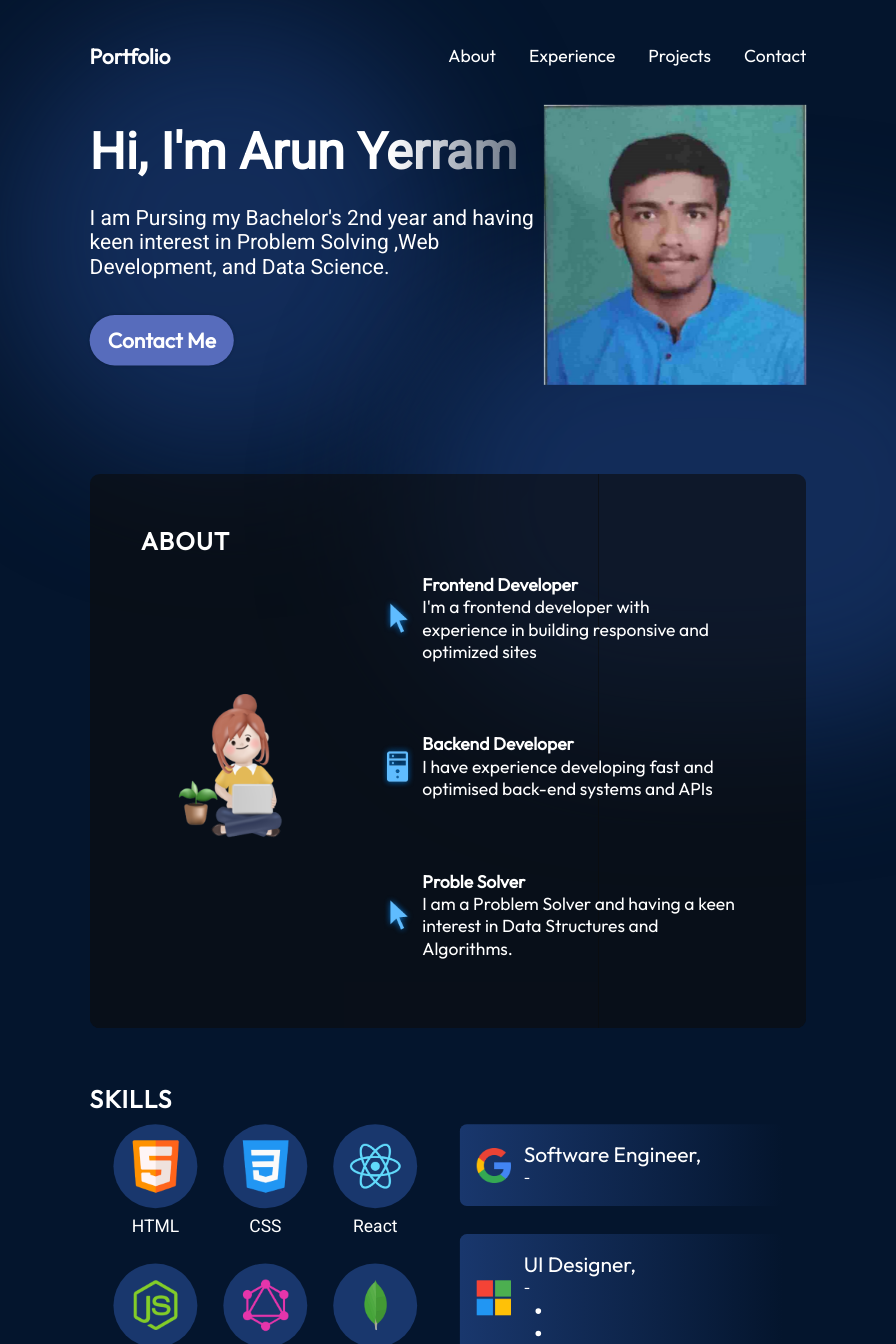
Repository: ARUN-YERRAM/Arun-Yerram-s-Portfolio-Website
Page: /
These files come from the project's save history. The page is drawn as it stood at one moment and after a run of saves; the edit follows.
The browser window is 1280 px wide. The pictures show the part of the page from y = 0 to 1920 px (the page is 3902 px tall before and 3838 px after), at 70% of full size.
The project was rebuilt for these pictures with package versions that can differ from the ones it lists, and the page was loaded fresh each time. Also part of the build but not shown: vite.config.js.

Above is the page before, as saved 2024-06-25 21:19:30.

### index.html
<!DOCTYPE html>
<html lang="en">
  <head>
    <meta charset="UTF-8" />
    <link rel="icon" type="image/png" href="/Passport1.jpg" />
    <meta name="viewport" content="width=device-width, initial-scale=1.0" />
    <title>My Portfolio</title>
  </head>
  <body>
    <div id="root"></div>
    <script type="module" src="/src/main.jsx"></script>
  </body>
</html>

### src/components/About/About.jsx
import React from "react";

import styles from "./About.module.css";
import { getImageUrl } from "../../utils";

export const About = () => {
  return (
    <section className={styles.container} id="about">
      <h2 className={styles.title}>About</h2>
      <div className={styles.content}>
        <img
          src={getImageUrl("about/aboutImage.png")}
          alt="Me sitting with a laptop"
          className={styles.aboutImage}
        />
        <ul className={styles.aboutItems}>
          <li className={styles.aboutItem}>
            <img src={getImageUrl("about/cursorIcon.png")} alt="Cursor icon" />
            <div className={styles.aboutItemText}>
              <h3>Frontend Developer</h3>
              <p>
                I'm a frontend developer with experience in building responsive
                and optimized sites
              </p>
            </div>
          </li>
          <li className={styles.aboutItem}>
            <img src={getImageUrl("about/serverIcon.png")} alt="Server icon" />
            <div className={styles.aboutItemText}>
              <h3>Backend Developer</h3>
              <p>
                I have experience developing fast and optimised back-end systems
                and APIs
              </p>
            </div>
          </li>
          <li className={styles.aboutItem}>
            <img src={getImageUrl("about/cursorIcon.png")} alt="UI icon" />
            <div className={styles.aboutItemText}>
              {/* <h3>UI Designer</h3> */}
              <h3>Proble Solver</h3>
              <p>
                {/* I have designed multiple landing pages and have created design */}
                {/* systems as well */}
                I am a Problem Solver and having a keen interest in Data Structures and Algorithms.
              </p>
            </div>
          </li>
        </ul>
      </div>
    </section>
  );
};

### src/components/Contact/Contact.jsx
import React from "react";

import styles from "./Contact.module.css";
import { getImageUrl } from "../../utils";

export const Contact = () => {
  return (
    <footer id="contact" className={styles.container}>
      <div className={styles.text}>
        <h2>Contact</h2>
        <p>Feel free to reach out!</p>
      </div>
      <ul className={styles.links}>
        <li className={styles.link}>
          <img src={getImageUrl("contact/emailIcon.png")} alt="Email icon" />
          <a href="mailto:myemail@email.com">arunyerram12022005@gmail.com</a>
        </li>
        <li className={styles.link}>
          <img
            src={getImageUrl("contact/linkedinIcon.png")}
            alt="LinkedIn icon"
          />
          <a href="https://www.linkedin.com/in/arun-yerram-906b1524a/">linkedin.com/ArunYerram</a>
        </li>
        <li className={styles.link}>
          <img src={getImageUrl("contact/githubIcon.png")} alt="Github icon" />
          <a href="https://github.com/ARUN-YERRAM">github.com/ArunYerram</a>
        </li>
      </ul>
    </footer>
  );
};

### src/components/Experience/Experience.jsx
import React from "react";

import styles from "./Experience.module.css";
import skills from "../../data/skills.json";
import history from "../../data/history.json";
import { getImageUrl } from "../../utils";

export const Experience = () => {
  return (
    <section className={styles.container} id="experience">
      <h2 className={styles.title}>Skills</h2>
      <div className={styles.content}>
        <div className={styles.skills}>
          {skills.map((skill, id) => {
            return (
              <div key={id} className={styles.skill}>
                <div className={styles.skillImageContainer}>
                  <img src={getImageUrl(skill.imageSrc)} alt={skill.title} />
                </div>
                <p>{skill.title}</p>
              </div>
            );
          })}
        </div>
        <ul className={styles.history}>
          {history.map((historyItem, id) => {
            return (
              <li key={id} className={styles.historyItem}>
                <img
                  src={getImageUrl(historyItem.imageSrc)}
                  alt={`${historyItem.organisation} Logo`}
                />
                <div className={styles.historyItemDetails}>
                  <h3>{`${historyItem.role}, ${historyItem.organisation}`}</h3>
                  <p>{`${historyItem.startDate} - ${historyItem.endDate}`}</p>
                  <ul>
                    {historyItem.experiences.map((experience, id) => {
                      return <li key={id}>{experience}</li>;
                    })}
                  </ul>
                </div>
              </li>
            );
          })}
        </ul>
      </div>
    </section>
  );
};

### src/components/Hero/Hero.jsx
import React from "react";

import styles from "./Hero.module.css";
import { getImageUrl } from "../../utils";

export const Hero = () => {
  return (
    <section className={styles.container}>
      <div className={styles.content}>
        <h1 className={styles.title}>Hi, I'm Arun Yerram</h1>
        <p className={styles.description}>
          {/* I'm a full-stack developer with 5 years of experience using React and */}
          {/* NodeJS. Reach out if you'd like to learn more! */}
          I am Pursing my Bachelor's 2nd year and having keen interest in Problem Solving ,Web Development, and Data Science.

        </p>
        <a href="mailto:arunyerram12022005@email.com" className={styles.contactBtn}>
          Contact Me
        </a>
      </div>
      <img
        src={getImageUrl("hero/Passport1.jpg")}
        alt="Hero image of me"
        className={styles.heroImg}
        width="50px"
        height="400px"
      />
      <div className={styles.topBlur} />
      <div className={styles.bottomBlur} />
    </section>
  );
};

### src/components/Navbar/Navbar.jsx
import React, { useState } from "react";

import styles from "./Navbar.module.css";
import { getImageUrl } from "../../utils";

export const Navbar = () => {
  const [menuOpen, setMenuOpen] = useState(false);

  return (
    <nav className={styles.navbar}>
      <a className={styles.title} href="/">
        Portfolio
      </a>
      <div className={styles.menu}>
        <img
          className={styles.menuBtn}
          src={
            menuOpen
              ? getImageUrl("nav/closeIcon.png")
              : getImageUrl("nav/menuIcon.png")
          }
          alt="menu-button"
          onClick={() => setMenuOpen(!menuOpen)}
        />
        <ul
          className={`${styles.menuItems} ${menuOpen && styles.menuOpen}`}
          onClick={() => setMenuOpen(false)}
        >
          <li>
            <a href="#about">About</a>
          </li>
          <li>
            <a href="#experience">Experience</a>
          </li>
          <li>
            <a href="#projects">Projects</a>
          </li>
          <li>
            <a href="#about">Contact</a>
          </li>
        </ul>
      </div>
    </nav>
  );
};

### src/components/About/About.module.css
@import "../../vars.css";

.container {
  position: relative;
  background-color: rgba(12, 12, 12, 0.6);
  border-radius: 15px;
  padding: 73px;
  margin-top: 129px;
  z-index: 1;
  margin-left: 10%;
  margin-right: 10%;
}

.title {
  color: var(--color-text);
  font-size: 35px;
  font-weight: 700;
  letter-spacing: 1.75px;
  text-transform: uppercase;
}

.content {
  display: flex;
  flex-direction: row;
  align-items: center;
}

.aboutImage {
  width: 35%;
}

.aboutItems {
  color: var(--color-text);
  display: flex;
  flex-direction: column;
  gap: 50px;
}

.aboutItem {
  display: flex;
  flex-direction: row;
  align-items: center;
  border-radius: 20px;
  list-style: none;
  padding: 25px;
  background-image: linear-gradient(
    90deg,
    rgba(165, 215, 232, 0.42) 0%,
    rgba(255, 255, 255, 0) 100%
  );
  background-size: 0 100%;
  background-repeat: no-repeat;
  transition: 0.4s;
}

.aboutItem:hover {
  background-size: 100% 100%;
}

.aboutItem h3 {
  font-size: 25px;
  font-weight: 600;
}

.aboutItem p {
  font-size: 25px;
}

@media screen and (max-width: 830px) {
  .container {
    background-color: transparent;
    padding-left: 0;
    padding-right: 0;
  }

  .content {
    flex-direction: column;
  }

  .aboutImage {
    display: none;
  }

  .aboutItems {
    margin-top: 29px;
  }

  .aboutItem {
    padding-left: 0;
    padding-right: 0;
  }
}

### src/components/Contact/Contact.module.css
@import "../../vars.css";

.container {
  color: var(--color-text);
  margin-top: 120px;
  background-color: var(--color-secondary);
  display: flex;
  flex-direction: row;
  justify-content: space-evenly;
  width: 100vw;
  padding: 58px 10%;
  gap: 10px;
}

.text h2 {
  font-size: 80px;
  font-weight: 700;
  letter-spacing: 4px;
}

.text p {
  font-size: 40px;
  font-weight: 400;
  letter-spacing: 2px;
}

.links {
  display: flex;
  flex-direction: column;
  align-items: flex-start;
  list-style: none;
  gap: 26px;
}

.link {
  display: flex;
  align-items: center;
  gap: 25px;
}

.link a {
  color: var(--color-text);
  text-decoration: none;
  font-size: 30px;
  font-weight: 400;
  letter-spacing: 1.5px;
}

@media screen and (max-width: 830px) {
  .container {
    flex-direction: column;
    gap: 23px;
  }

  .text {
    display: flex;
    flex-direction: column;
    align-items: center;
  }

  .links {
    align-items: center;
  }
}

### src/components/Experience/Experience.module.css
@import "../../vars.css";

.container {
  color: var(--color-text);
  margin-top: 79px;
  margin-left: 10%;
  margin-right: 10%;
}

.title {
  color: var(--color-text);
  font-size: 35px;
  font-weight: 700;
  letter-spacing: 1.75px;
  text-transform: uppercase;
}

.content {
  display: flex;
  flex-direction: row;
  justify-content: space-evenly;
  margin-top: 14px;
}

.skills {
  width: 45%;
  display: flex;
  flex-wrap: wrap;
  gap: 37px;
}

.skill {
  display: flex;
  flex-direction: column;
  align-items: center;
  gap: 11px;
}

.skillImageContainer {
  background-color: var(--color-secondary);
  border-radius: 100%;
  display: flex;
  align-items: center;
  justify-content: center;
  width: 120px;
  height: 120px;
}

.skillImageContainer img {
  width: 75px;
}

.skill p {
  font-size: 25px;
  font-family: var(--font-roboto);
  font-weight: 500;
}

.history {
  width: 45%;
  display: flex;
  flex-direction: column;
  gap: 40px;
}

.historyItem {
  display: flex;
  flex-direction: row;
  align-items: center;
  gap: 17px;
  background: #19376d;
  background: linear-gradient(90deg, #19376d 0%, rgba(25, 55, 109, 0) 100%);
  border-radius: 10px;
  padding: 24px;
}

.historyItem img {
  width: 50px;
}

.historyItemDetails {
  font-family: var(--font-roboto);
}

.historyItemDetails h3 {
  font-size: 30px;
  font-weight: 500;
}

.historyItemDetails p {
  font-size: 20px;
  font-weight: 300;
}

.historyItemDetails ul {
  margin-top: 6px;
  list-style-position: inside;
  font-size: 25px;
  list-style-type: disc;
  margin-left: 17px;
}

@media screen and (max-width: 830px) {
  .content {
    flex-direction: column;
    align-items: center;
    gap: 34px;
  }

  .skills {
    width: 100%;
    flex-direction: row;
    justify-content: center;
  }

  .history {
    width: 100%;
    gap: 9px;
  }
}

### src/data/skills.json
[
  {
    "title": "HTML",
    "imageSrc": "skills/html.png"
  },
  {
    "title": "CSS",
    "imageSrc": "skills/css.png"
  },
  {
    "title": "React",
    "imageSrc": "skills/react.png"
  },
  {
    "title": "Node",
    "imageSrc": "skills/node.png"
  },
  {
    "title": "C++",
    "imageSrc": "skills/graphql.png"
  },
  {
    "title": "MongoDB",
    "imageSrc": "skills/mongodb.png"
  },
  {
    "title": "Figma",
    "imageSrc": "skills/figma.png"
  },
  {
    "title": "Python",
    "imageSrc": "skills/python.png"
  }
]

### src/data/history.json
[
  {
    "role": "Software Engineer",
    "organisation": "",
    "startDate": "",
    "endDate": "",
    "experiences": [],
    "imageSrc": "history/google.png"
  },
  {
    "role": "UI Designer",
    "organisation": "",
    "startDate": "",
    "endDate": "",
    "experiences": ["", ""],
    "imageSrc": "history/microsoft.png"
  },
  {
    "role": "SWE Intern",
    "organisation": "",
    "startDate": "",
    "endDate": "",
    "experiences": [
      "",
      ""
    ],
    "imageSrc": "history/netflix.png"
  }
]

### src/components/Hero/Hero.module.css
@import "../../vars.css";

.container {
  position: relative;
  display: flex;
  align-items: center;
  justify-content: space-between;
  margin-top: 49px;
  z-index: 1;
  margin-left: 10%;
  margin-right: 10%;
}

.content {
  display: flex;
  flex-direction: column;
  align-items: flex-start;
  color: var(--color-text);
  z-index: 1;
}

.title {
  font-size: 72px;
  font-weight: 900;
  margin-bottom: 33px;
  font-family: var(--font-roboto);
  background: linear-gradient(
    90deg,
    rgba(255, 255, 255, 1) 70%,
    rgba(255, 255, 255, 0) 120%
  );
  -webkit-text-fill-color: transparent;
  -webkit-background-clip: text;
}

.description {
  font-size: 30px;
  font-family: var(--font-roboto);
  margin-bottom: 52px;
}

.contactBtn {
  text-decoration: none;
  background-color: var(--color-primary);
  color: var(--color-text);
  border-radius: 100px;
  font-size: 30px;
  font-weight: 600;
  padding: 17px 26px;
  box-shadow: 0 0 4px 0 rgba(0, 0, 0, 0.25);
}

.heroImg {
  width: 50%;
  z-index: 1;

  animation-name: floating;
  animation-duration: 3s;
  animation-iteration-count: infinite;
  animation-timing-function: ease-in-out;
}

@keyframes floating {
  0% {
    transform: translate(0, 0px);
  }
  50% {
    transform: translate(0, 10px);
  }
  100% {
    transform: translate(0, -0px);
  }
}

.topBlur {
  position: absolute;
  width: 50vw;
  height: 50vw;
  min-width: 350px;
  min-width: 350px;
  top: -128px;
  left: -10vw;
  border-radius: 764px;
  background: rgba(25, 55, 109, 0.7);
  filter: blur(100px);
  z-index: 0;
}

.bottomBlur {
  position: absolute;
  width: 70vw;
  height: 50vw;
  min-width: 350px;
  min-width: 250px;
  top: 246px;
  right: -25vw;
  border-radius: 764px;
  background: rgba(25, 55, 109, 0.7);
  filter: blur(100px);
  z-index: 0;
}

@media screen and (max-width: 830px) {
  .container {
    flex-direction: column-reverse;
  }

  .content {
    align-items: center;
  }
}

### src/components/Navbar/Navbar.module.css
@import "../../vars.css";

.navbar {
  position: relative;
  display: flex;
  align-items: center;
  justify-content: space-between;
  padding-top: 61px;
  z-index: 2;
  margin: 0 10%;
}

.title {
  font-size: 30px;
  font-weight: 600;
  text-decoration: none;
  color: var(--color-text);
}


.menuBtn {
  display: none;
}

.menu {
  display: flex;
}

.menuItems {
  display: flex;
  gap: 47px;
  list-style: none;
}

.menuItems a {
  font-size: 25px;
  color: var(--color-text);
  text-decoration: none;
}

@media screen and (max-width: 830px) {
  .navbar {
    flex-direction: column;
    align-items: flex-start;
  }

  .menu {
    position: absolute;
    right: 0;
    margin-right: 10%;
    flex-direction: column;
    align-items: flex-end;
    gap: 11px;
    z-index: 3;
  }

  .menuBtn {
    display: block;
    cursor: pointer;
  }

  .menuItems {
    display: none;
    flex-direction: column;
    align-items: center;
    gap: 13px;
    border-radius: 10px;
    background: rgb(25, 55, 109);
    background: linear-gradient(
      0deg,
      rgba(25, 55, 109, 0.2) 0%,
      rgba(25, 55, 109, 1) 100%
    );
    padding: 24px 33px;
    box-shadow: 0 0 4px 0 rgba(0, 0, 0, 0.25);
  }

  .menuOpen {
    display: flex;
    z-index: 1;
  }
}

### src/data/projects.json
[
  {
    "title": "LecturesCheck",
    "imageSrc": "projects/project.png",
    "description": "",
    "skills": ["React", "Express", "Node","Javascript","CSS","HTML"],
    "demo": "https://www.example.com",
    "source": "https://github.com/ARUN-YERRAM/LecturesCheck"
  },
  {
    "title": "NYAAYSAHAAYAK",
    "imageSrc": "projects/project.png",
    "description": ".",
    "skills": ["React", "Express", "Node", "Sass","Javascript","CSS","HTML"],
    "demo": "https://www.example.com",
    "source": ""
  },
  {
    "title": "Project C",
    "imageSrc": "projects/project.png",
    "description": "This is a project made to learn the latest languages by building an app.",
    "skills": ["React", "Express", "Node"],
    "demo": "https://www.example.com",
    "source": "https://www.github.com"
  }
]

### src/components/Projects/ProjectCard.jsx
import React from "react";

import styles from "./ProjectCard.module.css";
import { getImageUrl } from "../../utils";

export const ProjectCard = ({
  project: { title, imageSrc, description, skills, demo, source },
}) => {
  return (
    <div className={styles.container}>
      <img
        src={getImageUrl(imageSrc)}
        alt={`Image of ${title}`}
        className={styles.image}
      />
      <h3 className={styles.title}>{title}</h3>
      <p className={styles.description}>{description}</p>
      <ul className={styles.skills}>
        {skills.map((skill, id) => {
          return (
            <li key={id} className={styles.skill}>
              {skill}
            </li>
          );
        })}
      </ul>
      <div className={styles.links}>
        <a href={demo} className={styles.link}>
          Demo
        </a>
        <a href={source} className={styles.link}>
          Source
        </a>
      </div>
    </div>
  );
};

### src/components/Projects/ProjectCard.module.css
@import "../../vars.css";

.container {
  display: flex;
  flex-direction: column;
  border-radius: 10px;
  background: linear-gradient(180deg, #576cbc 0%, #132a53 100%);
  box-shadow: 0 16px 14px 0 #04152d;
  padding: 18px 24px;
  max-width: 345px;
}

.image {
  margin-bottom: 26px;
}

.title {
  font-size: 25px;
  font-weight: 700;
}

.description {
  margin-top: 6px;
  font-size: 25px;
  font-weight: 400;
}

.skills {
  width: 100%;
  margin-top: 14px;
  display: flex;
  flex-direction: row;
  flex-wrap: wrap;
  gap: 6px;
  list-style: none;
}

.skill {
  font-size: 25px;
  font-weight: 400;
  border-radius: 100px;
  background: var(--color-dark);
  padding: 2px 22px;
}

.links {
  width: 100%;
  margin-top: 26px;
  display: flex;
  justify-content: space-around;
}

.link {
  text-decoration: none;
  color: var(--color-text);
  font-size: 30px;
  font-weight: 600;
  border-radius: 100px;
  background: var(--color-primary);
  padding: 1px 22px;
}

Loaded but not shown: src/main.jsx (common file); src/App.jsx (common file); src/index.css (common file); src/App.module.css (common file); src/components/Projects/Projects.jsx (common file); src/vars.css (common file); src/utils.js (common file); src/components/Projects/Projects.module.css (common file)

After the next 3 saves:
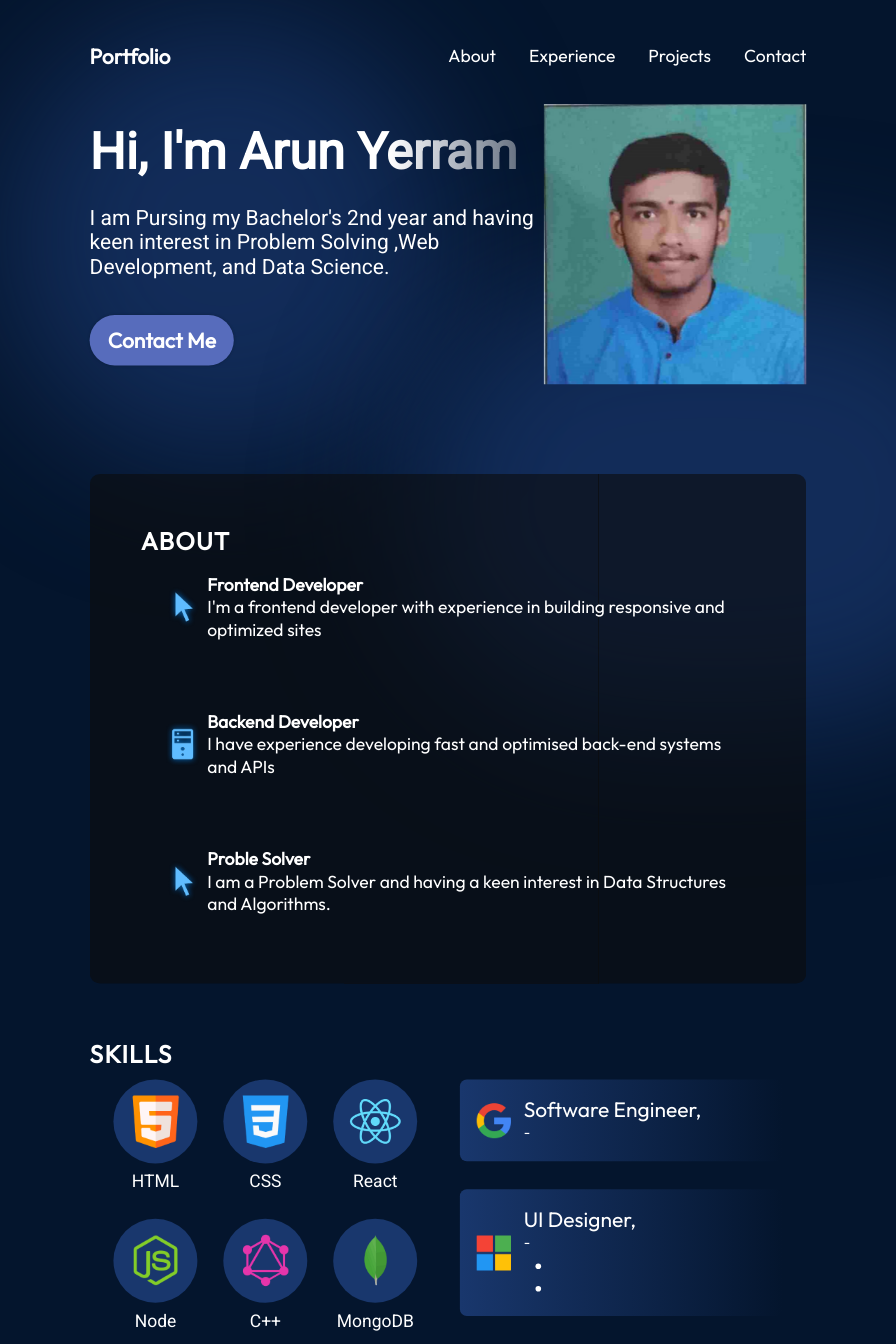
The 3 saves are shown as one change because they came seconds apart.
The last was saved 12 s later.
--- a/src/components/About/About.jsx
+++ b/src/components/About/About.jsx
@@ -8,11 +8,11 @@
     <section className={styles.container} id="about">
       <h2 className={styles.title}>About</h2>
       <div className={styles.content}>
-        <img
+        {/* <img
           src={getImageUrl("about/aboutImage.png")}
           alt="Me sitting with a laptop"
           className={styles.aboutImage}
-        />
+        /> */}
         <ul className={styles.aboutItems}>
           <li className={styles.aboutItem}>
             <img src={getImageUrl("about/cursorIcon.png")} alt="Cursor icon" />
